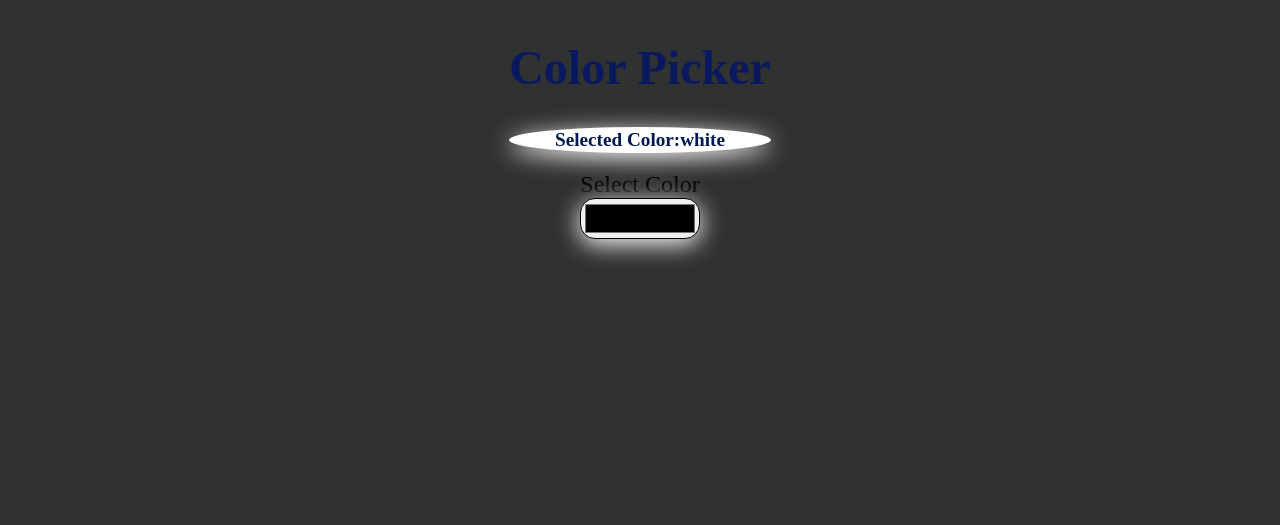
Repository: rkrukshan/Color-Picker--React-
Page: /
These files come from the project's save history. The page is drawn as it stood at one moment and after the next save; the edit follows.
The browser window is 1280 px wide. The pictures show the whole page.
The project was rebuilt for these pictures with package versions that can differ from the ones it lists, and the page was loaded fresh each time. Also part of the build but not shown: vite.config.js.

Above is the page before, as saved 2024-07-21 19:08:15.

### src/App.jsx
import ColorPicker from "./ColorPicker"

function App() {

  return (
    <>
    <ColorPicker/>
    </>
  )

}

export default App

### src/index.css
body{
  background-color:rgb(48, 49, 49);
}
.cp-container {
  text-align: center;
  display: grid;
  align-items:center;
  justify-content: center;
}
.heading {
  color: rgb(10, 25, 95);
  font-size: 3em;
}
.color-pad {
  /* margin-top: 5em;
  margin-left: 11.75em;
  margin-bottom: 5em;
  height: 250px;
  width: 250px;
  display: flex;
  justify-content: center;
  align-items: center; */
  border:2px solid rgb(255, 255, 255);
  border-radius: 50%;
  box-shadow:0px 5px 25px rgb(255, 255, 255);
  transition: .25s;
}
.selectedlabel
{
  font-size: larger;
  font-weight: bolder;
  color:rgb(1, 24, 81);
}
.selectlabel{
font-size: 1.5em;
}
.colorpicker{
  width: 9em;
  height: 41px;
  border-radius:15px;
  box-shadow:0px 5px 25px rgb(255, 255, 255);
  transition: 11s;
}

### src/ColorPicker.jsx
import { useState } from "react";

function ColorPicker() {
  const [color, setColor] = useState("white");

  function updateColor(event) {
    setColor(event.target.value);
  }
  return (
    <div className="cp-container">
      <h1 className="heading">Color Picker</h1>
      <div className="color-pad" style={{ backgroundColor: color }}>
        <label htmlFor="cp" className="selectedlabel">
          Selected Color:{color}
        </label>
      </div>
      <br />
      <div className="btncp">
        <label htmlFor="scp" className="selectlabel">
          Select Color
        </label>
        <br />
        <input
          type="color"
          value={color}
          onChange={updateColor}
          className="colorpicker"
        />
      </div>
    </div>
  );
}
export default ColorPicker;

Loaded but not shown: index.html (common file); src/main.jsx (common file)

After the next save:
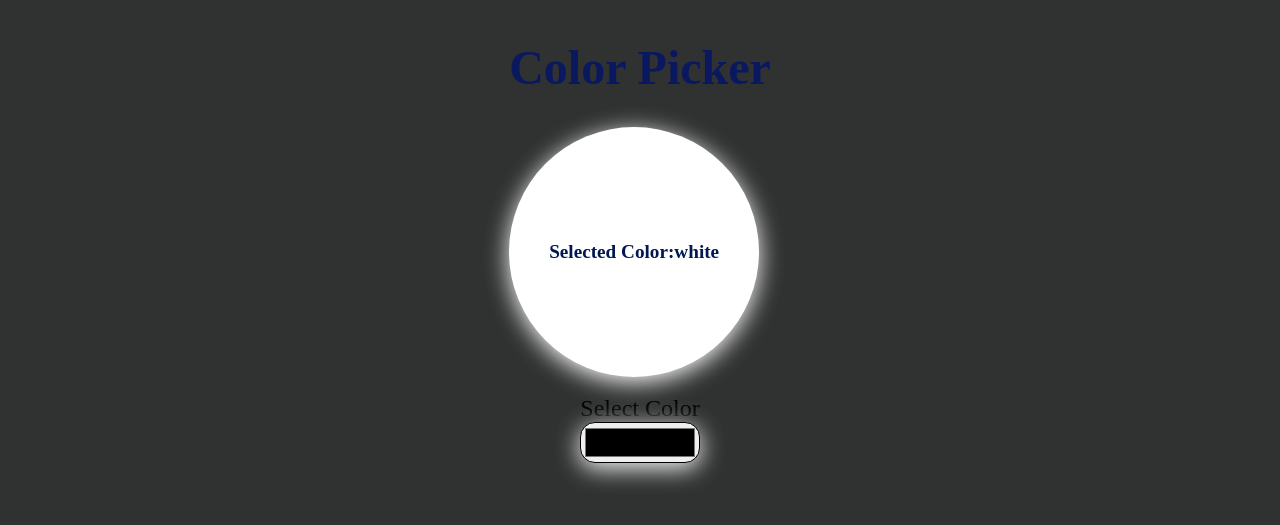
Saved 13 s later.
--- a/src/index.css
+++ b/src/index.css
@@ -12,9 +12,7 @@ body{
   font-size: 3em;
 }
 .color-pad {
-  /* margin-top: 5em;
-  margin-left: 11.75em;
-  margin-bottom: 5em;
+
   height: 250px;
   width: 250px;
   display: flex;
